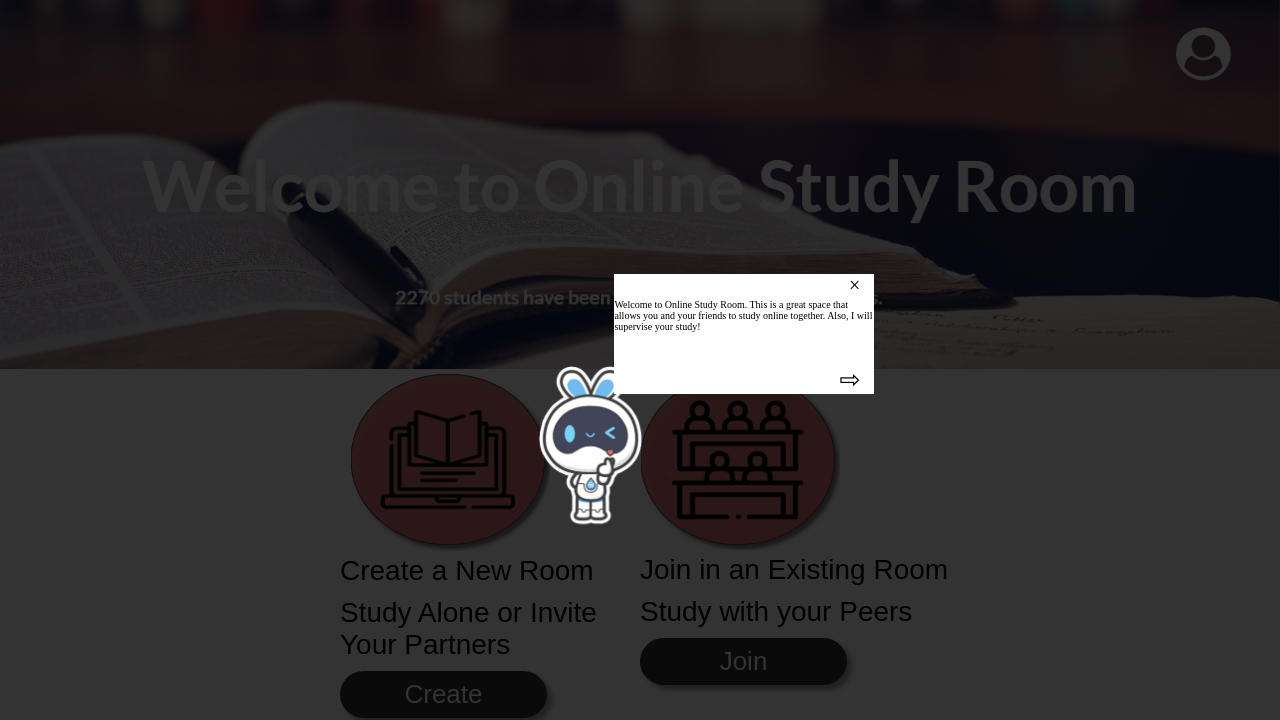
Repository: Team-Extrememe/Online-Study-Room
Page: home.html
The author's editor kept a copy of each file at every save. The page is drawn from the files as they stood at one save, then again after the next save.
The browser window is 1280 px wide. The pictures show the whole page.

Above is the page before, as saved 2021-10-06 13:33:05.
Console error: TypeError: Cannot set properties of null (setting 'onclick')

After the next save:
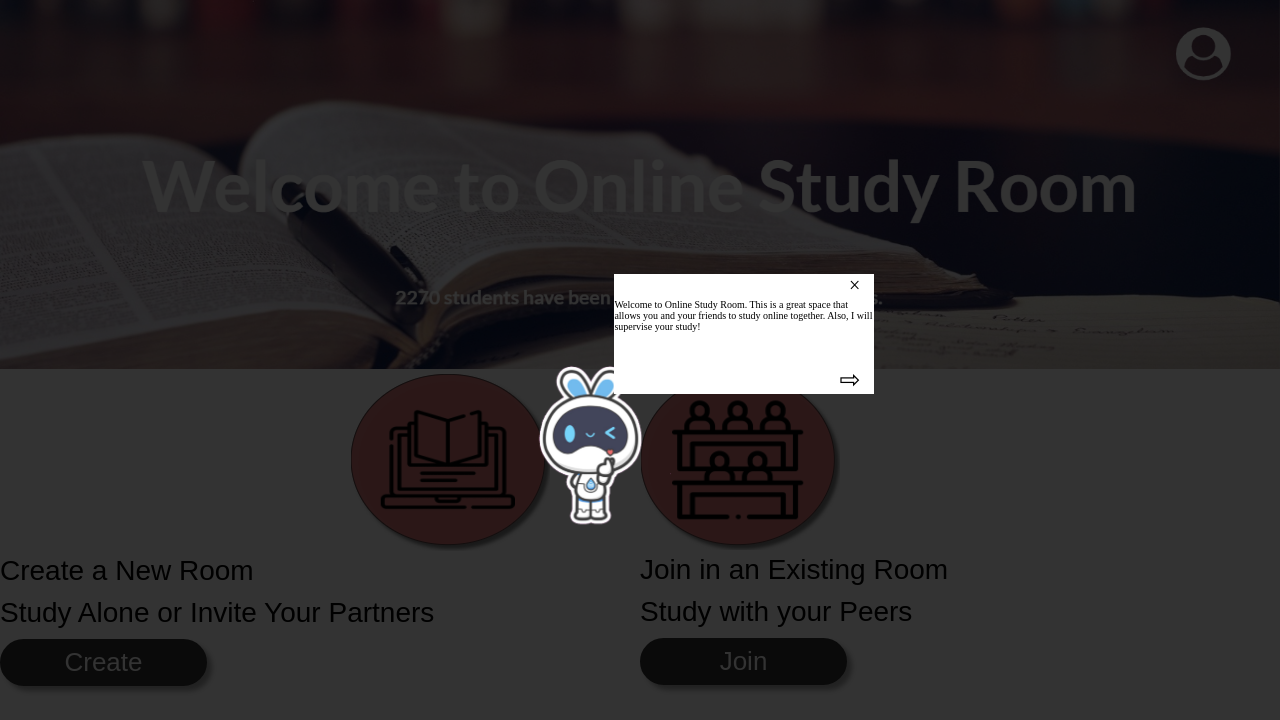
Saved 17 s later.
--- a/css/style.css
+++ b/css/style.css
@@ -170,7 +170,7 @@ input[type="submit"]:hover{
     left: 420px;
     bottom: 100px; */
     font-family: 'Arial Negreta', 'Arial Normal', 'Arial', sans-serif;
-    padding-left: 340px;
+    /* padding-left: 340px; */
 }
 
 .create_text span{
@@ -187,8 +187,8 @@ input[type="submit"]:hover{
 .create_text span:nth-of-type(2){
     /* position: relative;
     left: -90px; */
-    padding-left: -50px;
-    text-align:left;
+    /* padding-left: -50px;
+    text-align:left; */
 }
 
 .create_text button{
